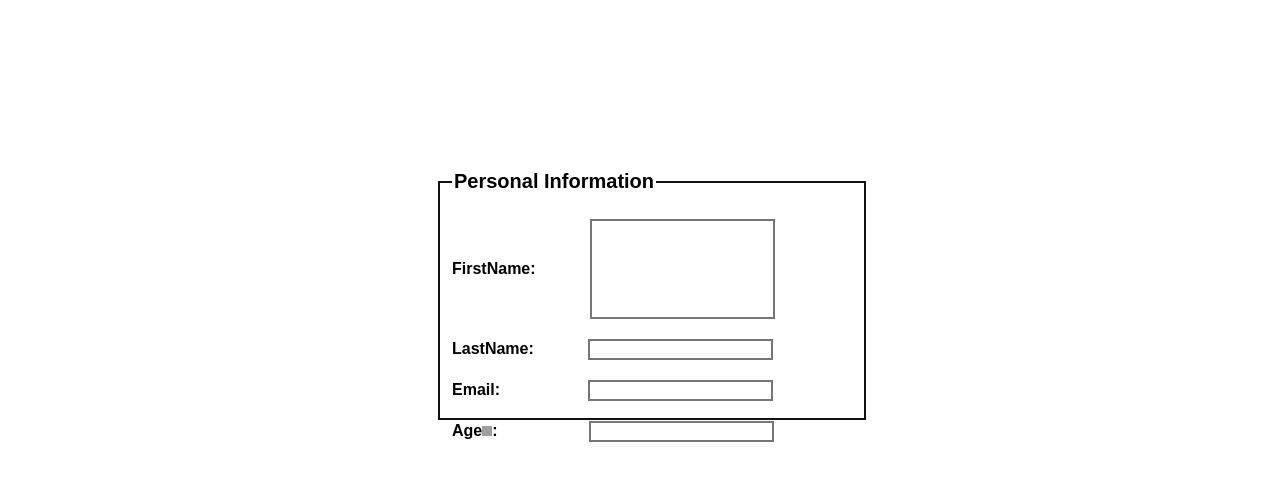
Repository: Femi007-gh/Legend
Page: index.html
These files come from the project's save history. The page is drawn as it stood at one moment and after a run of saves; the edit follows.
The browser window is 1280 px wide. The pictures show the whole page.
Pictures or frames that could not be fetched are drawn as grey boxes.

Above is the page before, as saved 2025-04-04 17:09:25.

### index.html
<html>
  <head>
    <title>LEGEND</title>
    <link rel="stylesheet" href="style.css">
  </head>
  <body>
    <form>
      <fieldset class="field">
        <legend class="ld">Personal Information</legend>
        <label class="first">FirstName:</label>
        <input type="text" class="FN"><br>

        <label class="last">LastName:</label>
        <input type="text" class="LN"> <br>

        <label class="mail">Email:</label>
        <input type="text" class="email"> <br>

        <label class="yourage">Age<img src="doc.jpg" class="doc">:</label>
        <input type="text" class="age"> <br>
      </fieldset>
    </form>
  </body>
</html>

### style.css
body {
  font-family:Arial, Helvetica, sans-serif;
  font-weight: bold;
}

.ld {
  font-size: 20px;
}

.doc {
  height: 10px;
  width: 10px;
}

.field {
  border: 2px solid #111;
  width: 400px;
  height: 230px;
  margin-left: 430px;
  margin-top: 170px;
}

.FN {
  margin-top: 20px;
  margin-left: 50px;
  border-style: solid;
  height: 100px;;
}

.LN {
  margin-top: 20px;
  margin-left: 50px;
  border-style: solid;
}

.email {
  margin-top: 20px;
  margin-left:84px;
  border-style: solid;
}

.age {
  margin-top: 20px;
  margin-left: 87px;
  border-style: solid;
}

After the next 4 saves:
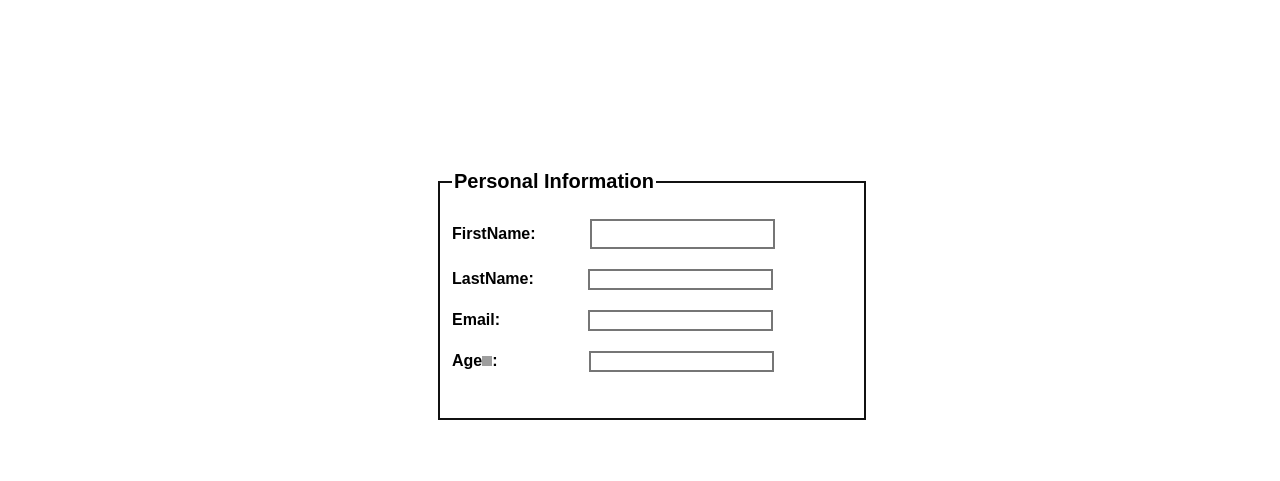
The 4 saves are shown as one change because they came seconds apart.
The last was saved 14 s later.
--- a/style.css
+++ b/style.css
@@ -24,7 +24,7 @@ body {
   margin-top: 20px;
   margin-left: 50px;
   border-style: solid;
-  height: 100px;;
+  height: 30px;
 }
 
 .LN {
